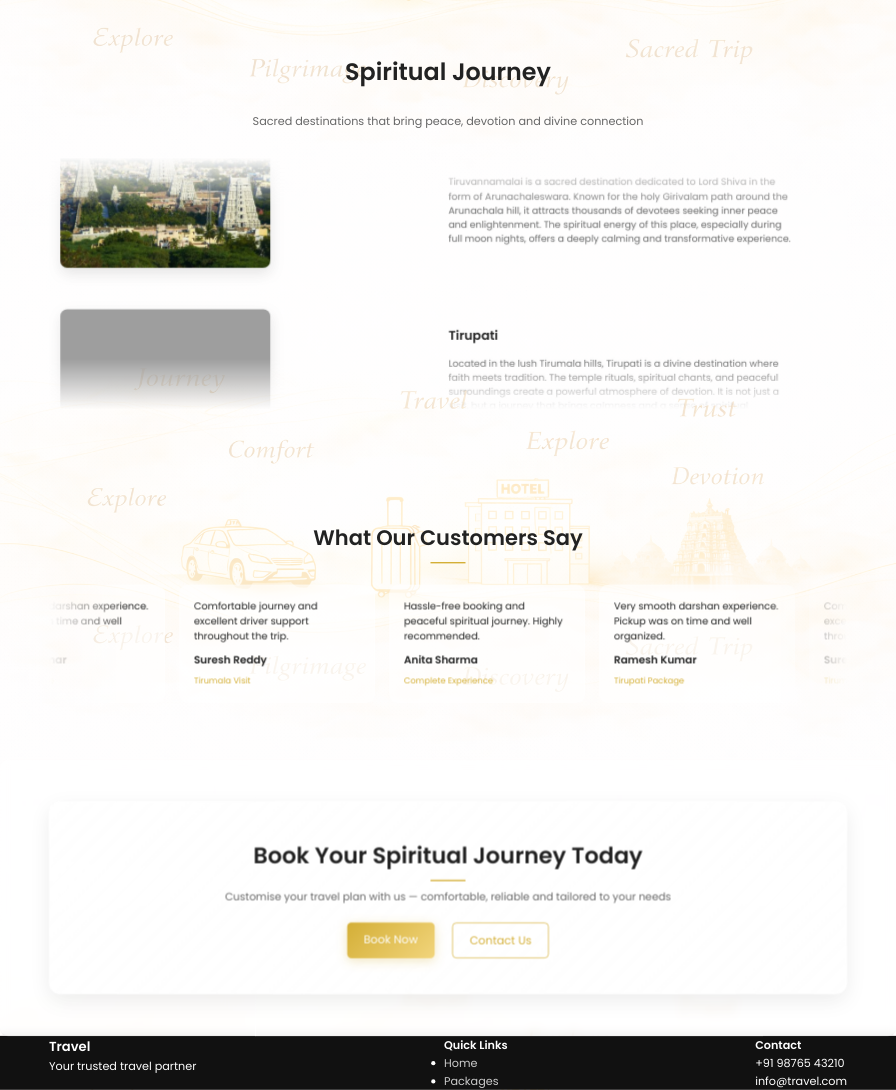
Repository: heytirupati/Bookingweb
Page: index.html
These files come from the project's save history. The page is drawn as it stood at one moment and after the next save; the edit follows.
The browser window is 1280 px wide. The pictures show the part of the page from y = 2237 to 4157 px (the page is 3794 px tall before and 4157 px after), at 70% of full size.
Pictures or frames that could not be fetched are drawn as grey boxes. Backgrounds fixed to the window are drawn as part of the page.

Above is the page before, as saved 2026-03-28 14:17:47.

After the next save:
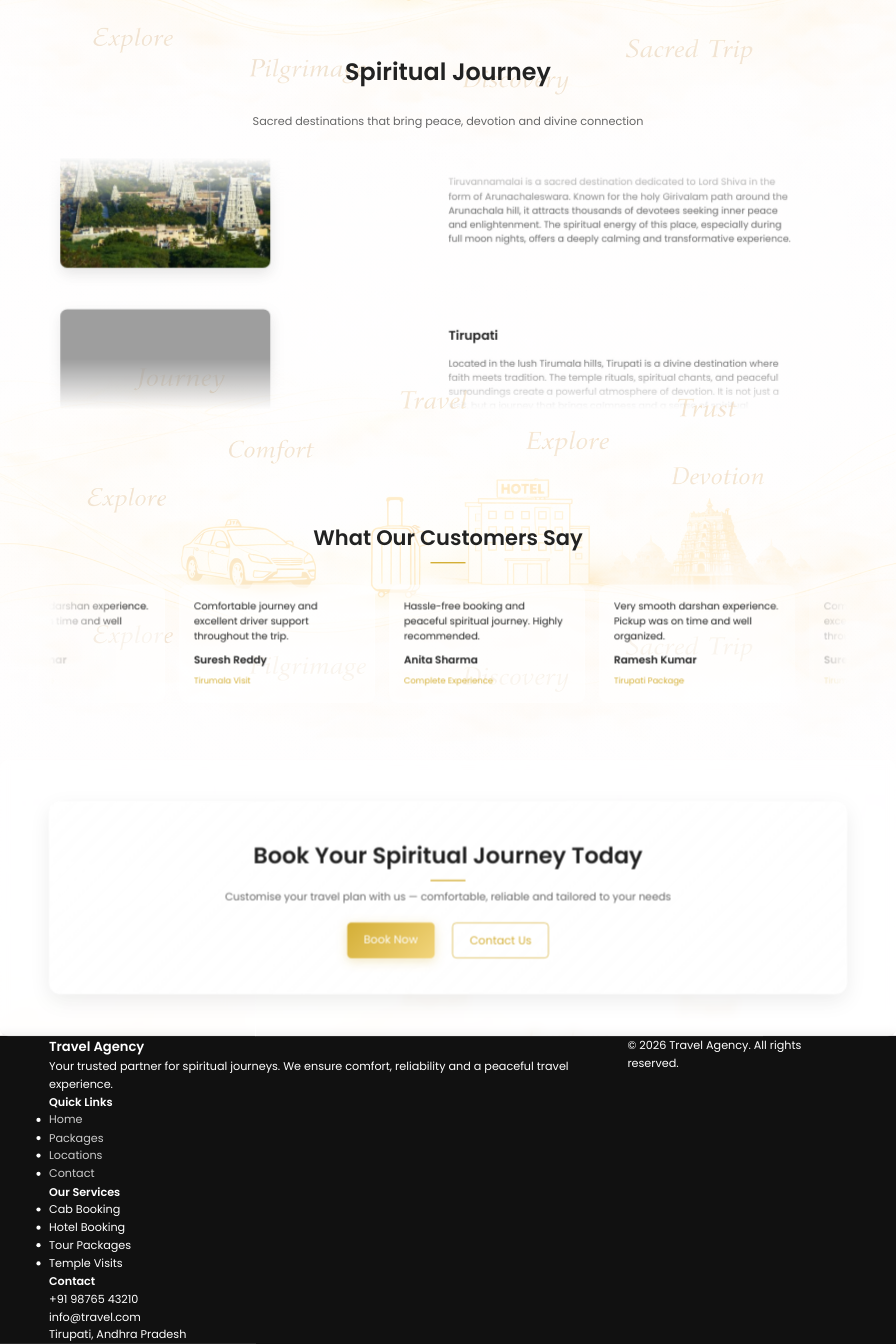
Saved 3 min 0 s later.
--- a/index.html
+++ b/index.html
@@ -430,29 +430,57 @@
 
     <!-- 10. Footer -->
     <footer class="footer">
-        <div class="container">
-
+    <div class="container">
+
+        <div class="footer-grid">
+
+            <!-- BRAND -->
             <div class="footer-col">
-                <h3>Travel</h3>
-                <p>Your trusted travel partner</p>
-            </div>
-
+                <h3>Travel Agency</h3>
+                <p class="footer-desc">
+                    Your trusted partner for spiritual journeys. We ensure comfort, reliability and a peaceful travel experience.
+                </p>
+            </div>
+
+            <!-- LINKS -->
             <div class="footer-col">
                 <h4>Quick Links</h4>
                 <ul>
-                    <li><a href="#">Home</a></li>
+                    <li><a href="index.html">Home</a></li>
                     <li><a href="#">Packages</a></li>
+                    <li><a href="#">Locations</a></li>
+                    <li><a href="#">Contact</a></li>
                 </ul>
             </div>
 
+            <!-- SERVICES -->
+            <div class="footer-col">
+                <h4>Our Services</h4>
+                <ul>
+                    <li>Cab Booking</li>
+                    <li>Hotel Booking</li>
+                    <li>Tour Packages</li>
+                    <li>Temple Visits</li>
+                </ul>
+            </div>
+
+            <!-- CONTACT -->
             <div class="footer-col">
                 <h4>Contact</h4>
                 <p>+91 98765 43210</p>
                 <p>info@travel.com</p>
-            </div>
-
-        </div>
-    </footer>
+                <p>Tirupati, Andhra Pradesh</p>
+            </div>
+
+        </div>
+
+        <!-- BOTTOM -->
+        <div class="footer-bottom">
+            <p>© 2026 Travel Agency. All rights reserved.</p>
+        </div>
+
+    </div>
+</footer>
 
 
 
